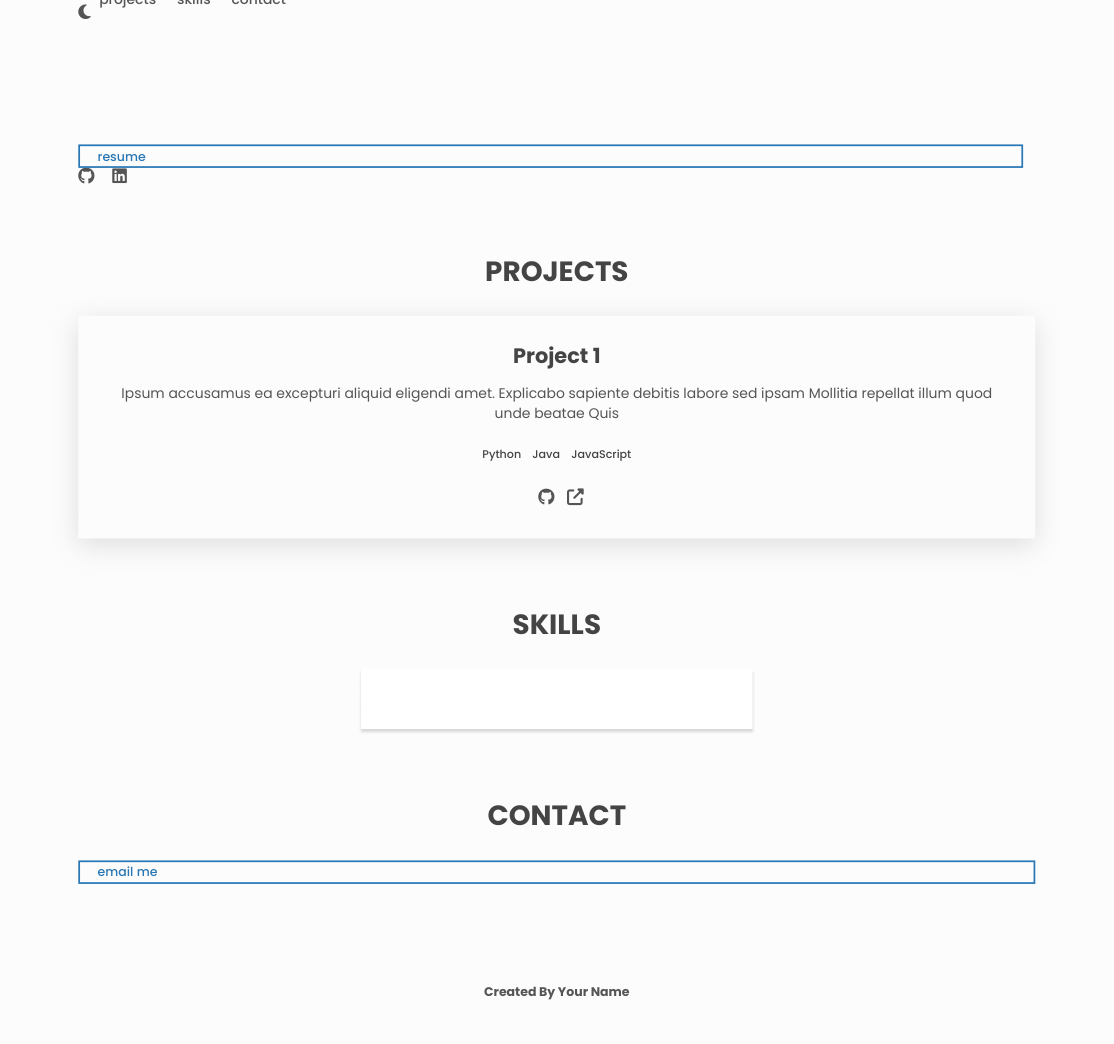
Repository: indiansummer1022/Cubstart
Page: Web Track/hw1/index.html
These files come from the project's save history. The page is drawn as it stood at one moment and after the next save; the edit follows.
The browser window is 1280 px wide. The pictures show the whole page, at 87% of full size.
Some web libraries are served in a nearby version.

Above is the page before, as saved 2022-02-15 20:19:06.

### Web Track/hw1/index.html
<!DOCTYPE html>
<html lang="en">

<head>
  <meta charset="UTF-8" />
  <meta name="viewport" content="width=device-width, initial-scale=1" />
  <meta name="description" content="Portfolio" />
  <link rel="preconnect" href="https://fonts.googleapis.com" />
  <link rel="preconnect" href="https://fonts.gstatic.com" crossorigin />
  <link href="https://fonts.googleapis.com/css2?family=Poppins:wght@400;500;700&display=swap" rel="stylesheet" />
  <script src="https://kit.fontawesome.com/fa62c117c7.js" crossorigin="anonymous"></script>
  <!-- BEGIN PART 1 -->
  <link rel="stylesheet" href ="styles.css">
  <title>Vanessa Wu</title>
  <!-- END PART 1 -->
</head>

<body class="light" id="top">
  <header class="header center">
    <!-- BEGIN PART 2 -->
    <h3>
        <a href="index.html"></a>
    </h3>
    <!-- END PART 2 -->
    <nav class="nav center">
      <ul class="nav__list center">
        <li class="nav__list-item">
          <a class="link link--nav" href="#projects">Projects</a>
        </li>
        <li class="nav__list-item">
          <a class="link link--nav" href="#skills">Skills</a>
        </li>
        <li class="nav__list-item">
          <a class="link link--nav" href="#contact">Contact</a>
        </li>
      </ul>

      <!-- BEGIN PART 5 -->

      <button type="button" aria-label="toggle theme" class="btn btn--icon">
        <i id="btn-theme" class="fas fa-moon"></i>
      </button>

      <!--
        5.1: What does this button tag correspond to on the site?


      -->

      <button type="button" aria-label="toggle navigation" class="btn btn--icon nav__hamburger">
        <i class="fas fa-bars"></i>
      </button>

      <!--
        5.2: Try Ctrl-F in styles.css and look the class 'nav__hamburger'. You'll notice that it
        appears in 2 places. Why is one of the rules 'display: none' on one instance? How do you
        make it so that this button appears on screen?
        Hint: remember what @media (max-width: 600px) means.


       -->

      <!-- END PART 5 -->
    </nav>
  </header>

  <main>
    <div class="about center">
      <!-- BEGIN PART 6 -->
      <!-- END PART 6 -->
      <div class="about__contact center">
        <a href="https://example.com">
          <span class="btn btn--outline">Resume</span>
        </a>

        <a href="https://github.com/" aria-label="github" class="link link--icon">
          <i aria-hidden="true" class="fab fa-github"></i>
        </a>

        <a href="https://linkedin.com/in/" aria-label="linkedin" class="link link--icon">
          <i aria-hidden="true" class="fab fa-linkedin"></i>
        </a>
      </div>
    </div>
    <section id="projects" class="section projects">
      <h2 class="section__title">Projects</h2>
      <div class="projects__grid">
        <!-- BEGIN PART 8 -->
        <div class="project">
          <h3>Project 1</h3>
          <p class="project__description">
            Ipsum accusamus ea excepturi aliquid eligendi amet. Explicabo
            sapiente debitis labore sed ipsam Mollitia repellat illum quod
            unde beatae Quis
          </p>
          <ul class="project__stack">
            <li class="project__stack-item">Python</li>
            <li class="project__stack-item">Java</li>
            <li class="project__stack-item">JavaScript</li>
          </ul>

          <a href="https://github.com" aria-label="source code" class="link link--icon">
            <i aria-hidden="true" class="fab fa-github"></i>
          </a>
          <a href="https://example.com" aria-label="live preview" class="link link--icon">
            <i aria-hidden="true" class="fas fa-external-link-alt"></i>
          </a>
        </div>
        <!-- END PART 8 -->
      </div>
    </section>


    <section class="section skills" id="skills">
      <!-- BEGIN PART 10 -->
      <h2 class="section__title">Skills</h2>
      <ul class="skills__list">
        <li class="skills__list-item btn btn--plain"></li>
        <li class="skills__list-item btn btn--plain"></li>
        <li class="skills__list-item btn btn--plain"></li>
      </ul>
      <!-- END PART 10 -->
    </section>
    <section class="section contact center" id="contact">
      <h2 class="section__title">Contact</h2>
      <a href="mailto:youremail@gmail.com">
        <span class="btn btn--outline">Email me</span>
      </a>
    </section>
  </main>

  <footer class="footer">
    <!-- BEGIN PART 12 -->
    <a href="/" class="link footer__link">
      Created By Your Name
    </a>
    <!-- END PART 12 -->
  </footer>


  <div class="scroll-container">
    <div class="scroll-top">
      <a aria-label="Scroll up" href="#top">
        <i aria-hidden="true" class="fas fa-arrow-up"></i>
      </a>
    </div>
  </div>
  <script src="./script.js"></script>
</body>

</html>

### Web Track/hw1/styles.css
/*===============
  global styles
===============*/

* {
  padding: 0;
  margin: 0;
  border: 0;
  outline: 0;
  background-color: inherit;
  color: inherit;
  font-family: inherit;
  font-size: inherit;
  box-shadow: none;
  box-sizing: border-box;
}

html {
  scroll-behavior: smooth;
}

body {
  font-family: "Poppins", sans-serif;
  line-height: 1.5;
  color: var(--clr-fg);
  background-color: var(--clr-bg);
}

.light {
  --clr-bg: #fcfcfc;
  --clr-bg-alt: #fff;
  --clr-fg: #555;
  --clr-fg-alt: #444;
  --clr-primary: #2978b5;
  --shadow: rgba(100, 100, 111, 0.2) 0px 7px 29px 0px;
}

.dark {
  --clr-bg: #23283e;
  --clr-bg-alt: #2a2f4c;
  --clr-fg: #bdbddd;
  --clr-fg-alt: #cdcdff;
  --clr-primary: #90a0d9;
  --shadow: rgba(0, 0, 0, 0.16) 0px 10px 36px 0px,
    rgba(0, 0, 0, 0.06) 0px 0px 0px 1px;
}

::-moz-selection {
  background: var(--clr-primary);
  color: var(--clr-bg);
}

::-webkit-selection,
::selection {
  background: var(--clr-primary);
  color: var(--clr-bg);
}

h1,
h2,
h3,
h4 {
  line-height: 1.2;
  color: var(--clr-fg-alt);
}

h1 {
  font-size: 4rem;
}

h2 {
  font-size: 2rem;
}

h3 {
  font-size: 1.5rem;
}

h4 {
  font-size: 1.3rem;
}

ul {
  list-style-type: none;
}

a {
  text-decoration: none;
}

button {
  cursor: pointer;
}

@media (max-width: 900px) {
  h1 {
    font-size: 2.6rem;
  }
}

/*===================
  buttons and links
===================*/

.link {
  color: var(--clr-primary);
  padding: 0 0 0.3em 0;
  position: relative;
}

.link:hover {
  color: var(--clr-primary);
}

/* BEGIN PART 4 */

.link::before {
  content: "";
  display: inline;
  width: 0%;
  height: 0.2em;
  position: absolute;
  bottom: 0;
  background-color: var(--clr-primary);
  /* transition: */
}

.link:hover::before,
.link:focus::before {
  width: 100%;
}

/* END PART 4 */

.link--nav {
  color: var(--clr-fg);
  text-transform: lowercase;
  font-weight: 500;
}

.link--icon {
  color: var(--clr-fg);
  font-size: 1.2rem;
}

.btn {
  display: block;
  padding: 0.8em 1.4em;
  font-weight: 500;
  font-size: 0.9rem;
  text-transform: lowercase;
  transition: transform 0.2s ease-in-out;
}

.btn--outline {
  color: var(--clr-primary);
  border: 2px solid var(--clr-primary);
  position: relative;
  overflow: hidden;
  z-index: 1;
}

.btn--outline:focus,
.btn--outline:hover {
  color: var(--clr-bg);
}

.btn--outline:before {
  content: "";
  position: absolute;
  background-color: var(--clr-primary);
  right: 100%;
  bottom: 0;
  left: 0;
  top: 0;
  z-index: -1;
  transition: right 0.2s ease-in-out;
}

.btn--outline:hover::before,
.btn--outline:focus::before {
  right: 0;
}

.btn--plain {
  text-transform: initial;
  background-color: var(--clr-bg-alt);
  box-shadow: rgba(0, 0, 0, 0.15) 0px 3px 3px 0px;
  border: 0;
}

.btn--plain:hover {
  transform: translateY(-4px);
}

.btn--icon {
  padding: 0;
  font-size: 1.2rem;
}

.btn--icon:hover,
.btn--icon:focus {
  color: var(--clr-primary);
}

.btn--icon:active {
  transform: translateY(-5px);
}

/*========
  layout
========*/

/* BEGIN PART 3 */

.center {
  vertical-align: middle;
  line-height: 0;
}

.header {
  height: 8em;
  max-width: 1100px;
  width: 95%;
  margin: 0 auto;
  /* justify-content: */
  justify-content: space-around;
}

/* END PART 3 */

main {
  max-width: 1100px;
  width: 95%;
  margin: 0 auto;
}

.section {
  margin-top: 5em;
}

.section__title {
  text-align: center;
  margin-bottom: 1em;
  text-transform: uppercase;
}

.nav__list {
  margin-right: 1.5em;
  display: flex;
}

.nav__list-item {
  margin-left: 1.5em;
}

.nav__hamburger {
  display: none;
  width: 1em;
}

/* BEGIN PART 7 */

.about {
}

/* END PART 7 */

.about__name {
  color: var(--clr-primary);
}

.about__role {
  margin-top: 1.2em;
}

.about__desc {
  font-size: 1rem;
  max-width: 600px;
}

.about__desc,
.about__contact {
  margin-top: 2.4em;
}

.about .link--icon {
  margin-right: 0.8em;
}

.about .btn--outline {
  margin-right: 1em;
}

/* BEGIN PART 9 */

.projects__grid {
  max-width: 1100px;
  margin: 0 auto;
  /* display: */
  /* grid-template-columns: */
  /* grid-gap: */
}

/* END PART 9 */

.project {
  padding: 2em;
  margin: 0 auto;
  text-align: center;
  box-shadow: var(--shadow);
  transition: transform 0.2s linear;
}

.project:hover {
  transform: translateY(-7px);
}

.project__description {
  margin-top: 1em;
}

.project__stack {
  display: flex;
  flex-wrap: wrap;
  justify-content: center;
  margin: 1.2em 0;
}

.project__stack-item {
  margin: 0.5em;
  font-weight: 500;
  font-size: 0.8rem;
  color: var(--clr-fg-alt);
}

.project .link--icon {
  margin-left: 0.5em;
}

/* BEGIN PART 11 */

.skills__list {
  max-width: 450px;
  width: 95%;
  margin: 0 auto;
  /* display: */
  /* flex-wrap: */
  /* justify-content: */
}

.skills__list-item {
}

/* END PART 11 */

.contact {
  flex-direction: column;
}

.footer {
  padding: 3em 0;
  margin-top: 4em;
  text-align: center;
}

.footer__link {
  font-size: 0.9rem;
  font-weight: 700;
  color: var(--clr-fg);
}

.scroll-top {
  display: none;
  position: fixed;
  bottom: 1em;
  right: 2em;
  background-color: transparent;
  font-size: 1.8rem;
  transition: transform 0.2s ease-in-out;
}

@media (max-width: 600px) {
  .header {
    height: 6em;
  }

  .section {
    margin-top: 4em;
  }

  .nav__list {
    flex-direction: column;
    padding: 4em 0;
    position: absolute;
    right: 0;
    left: 0;
    top: 5em;
    background-color: var(--clr-bg);
    width: 0;
    overflow: hidden;
    transition: width 0.2s ease-in-out;
  }

  .display-nav-list {
    width: 100%;
  }

  .nav__list-item {
    margin: 0.5em 0;
  }

  .nav__hamburger {
    display: flex;
    margin-left: 0.8em;
  }

  .about {
    align-items: flex-start;
    margin-top: 2em;
  }

  .footer {
    padding: 2em;
    margin-top: 3em;
  }

  .scroll-container {
    display: none;
  }
}

### Web Track/hw1/script.js
const body = document.body

const btnTheme = document.querySelector('.fa-moon')
const btnHamburger = document.querySelector('.fa-bars')

const addThemeClass = (bodyClass, btnClass) => {
  body.classList.add(bodyClass)
  btnTheme.classList.add(btnClass)
}

const getBodyTheme = localStorage.getItem('portfolio-theme')
const getBtnTheme = localStorage.getItem('portfolio-btn-theme')

addThemeClass(getBodyTheme, getBtnTheme)

const isDark = () => body.classList.contains('dark')

const setTheme = (bodyClass, btnClass) => {

	body.classList.remove(localStorage.getItem('portfolio-theme'))
	btnTheme.classList.remove(localStorage.getItem('portfolio-btn-theme'))

  addThemeClass(bodyClass, btnClass)

	localStorage.setItem('portfolio-theme', bodyClass)
	localStorage.setItem('portfolio-btn-theme', btnClass)
}

const toggleTheme = () =>
	isDark() ? setTheme('light', 'fa-moon') : setTheme('dark', 'fa-sun')

btnTheme.addEventListener('click', toggleTheme)

const displayList = () => {
	const navUl = document.querySelector('.nav__list')

	if (btnHamburger.classList.contains('fa-bars')) {
		btnHamburger.classList.remove('fa-bars')
		btnHamburger.classList.add('fa-times')
		navUl.classList.add('display-nav-list')
	} else {
		btnHamburger.classList.remove('fa-times')
		btnHamburger.classList.add('fa-bars')
		navUl.classList.remove('display-nav-list')
	}
}

btnHamburger.addEventListener('click', displayList)

const scrollUp = () => {
	const btnScrollTop = document.querySelector('.scroll-top')

	if (
		body.scrollTop > 500 ||
		document.documentElement.scrollTop > 500
	) {
		btnScrollTop.style.display = 'block'
	} else {
		btnScrollTop.style.display = 'none'
	}
}

document.addEventListener('scroll', scrollUp)

After the next save:
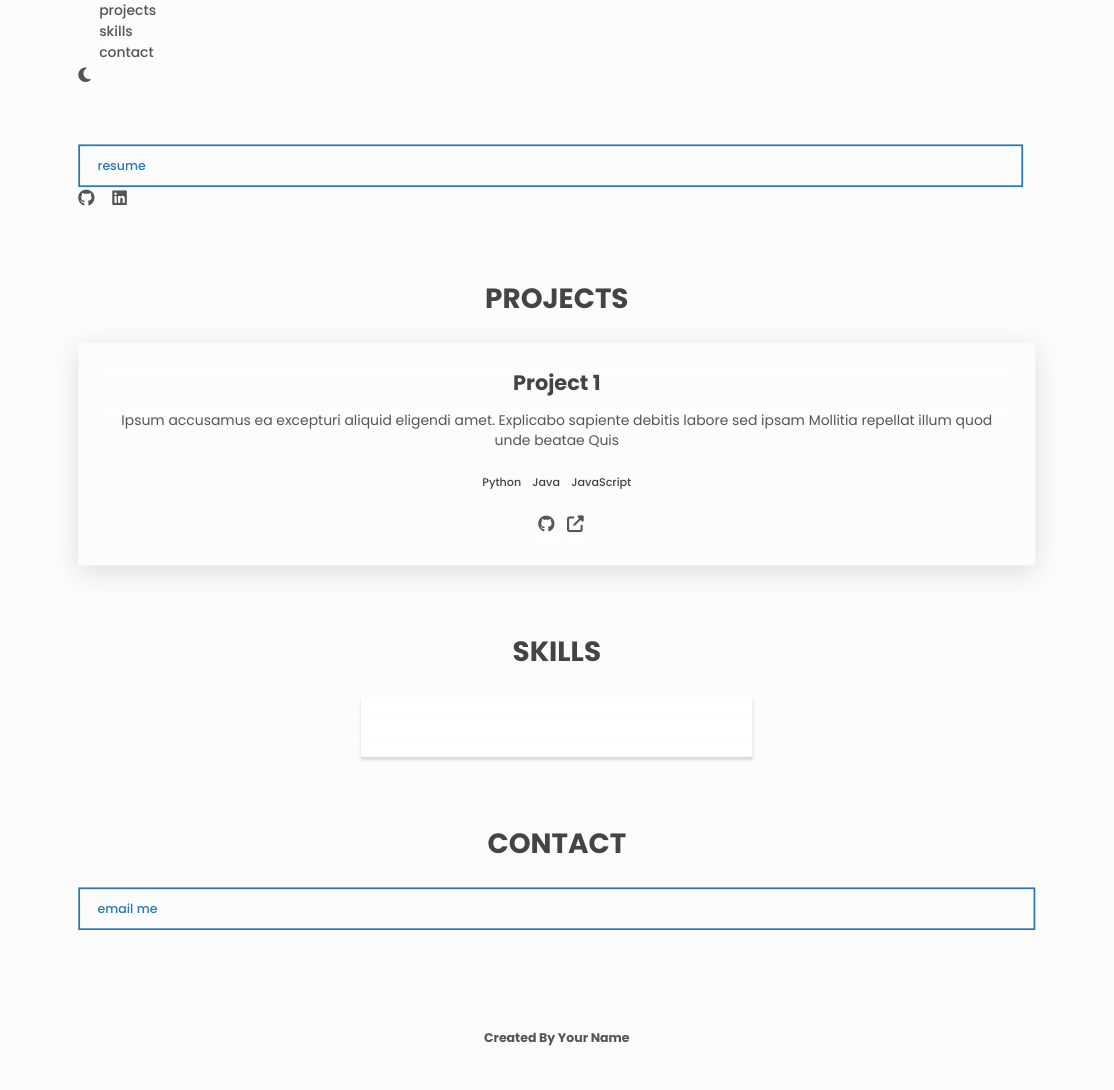
Saved 41 s later.
--- a/Web Track/hw1/styles.css
+++ b/Web Track/hw1/styles.css
@@ -214,8 +214,8 @@ button {
 /* BEGIN PART 3 */
 
 .center {
-  vertical-align: middle;
-  line-height: 0;
+  justify-content: center;
+  flex-direction: column;
 }
 
 .header {
